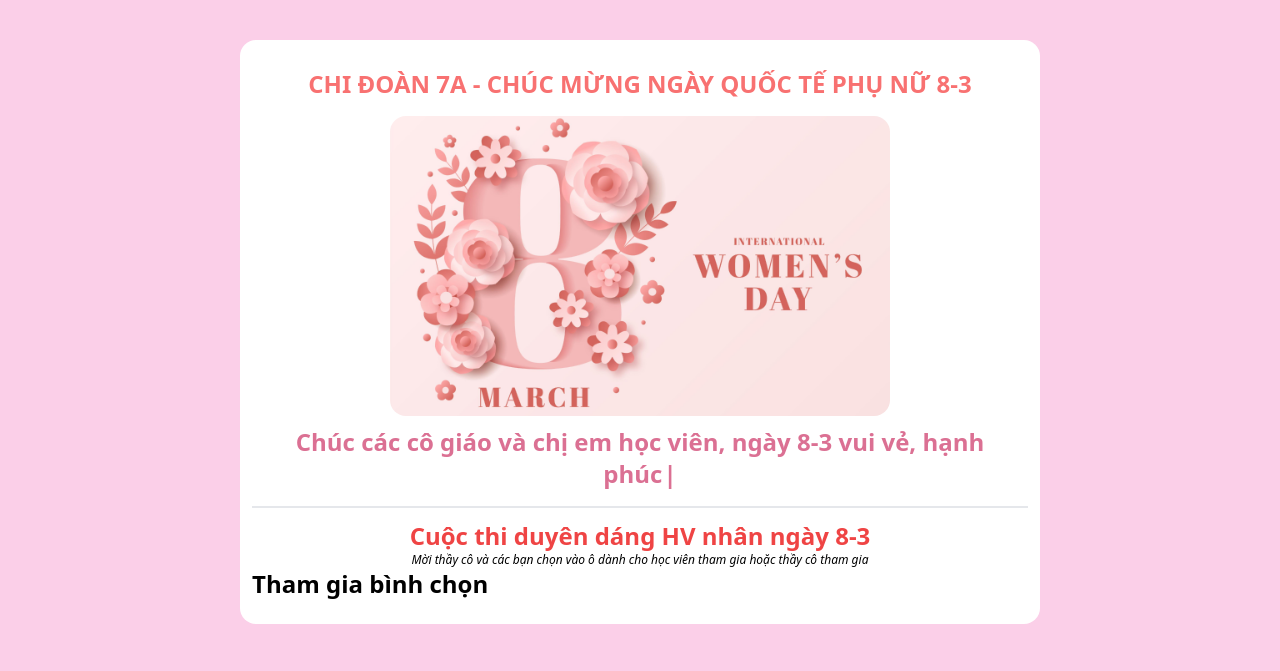
Repository: hoang0508/web-837A
Page: /
These files come from the project's save history. The page is drawn as it stood at one moment and after the next save; the edit follows.
The browser window is 1280 px wide. The pictures show the whole page.
Some web fonts or font styles are not loaded; a fallback is used. The project was rebuilt for these pictures with package versions that can differ from the ones it lists, and the page was loaded fresh each time. Also part of the build but not shown: vite.config.js.

Above is the page before, as saved 2025-02-28 19:23:52.

After the next save:
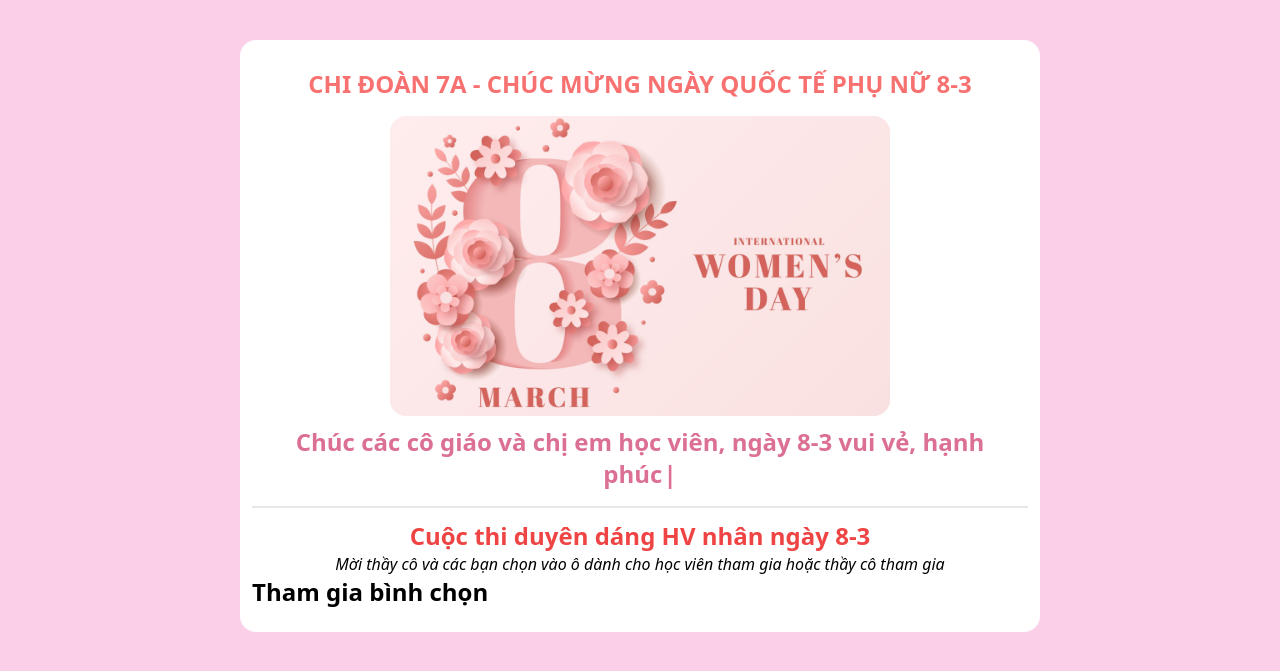
Saved 8 s later.
--- a/src/App.jsx
+++ b/src/App.jsx
@@ -38,7 +38,7 @@ function App() {
             <h3 className="text-center font-bold text-red-500">
               Cuộc thi duyên dáng HV nhân ngày 8-3
             </h3>
-            <p className="text-center italic text-xs font-light">
+            <p className="text-center italic text-base font-light">
               Mời thầy cô và các bạn chọn vào ô dành cho học viên tham gia hoặc
               thầy cô tham gia
             </p>
